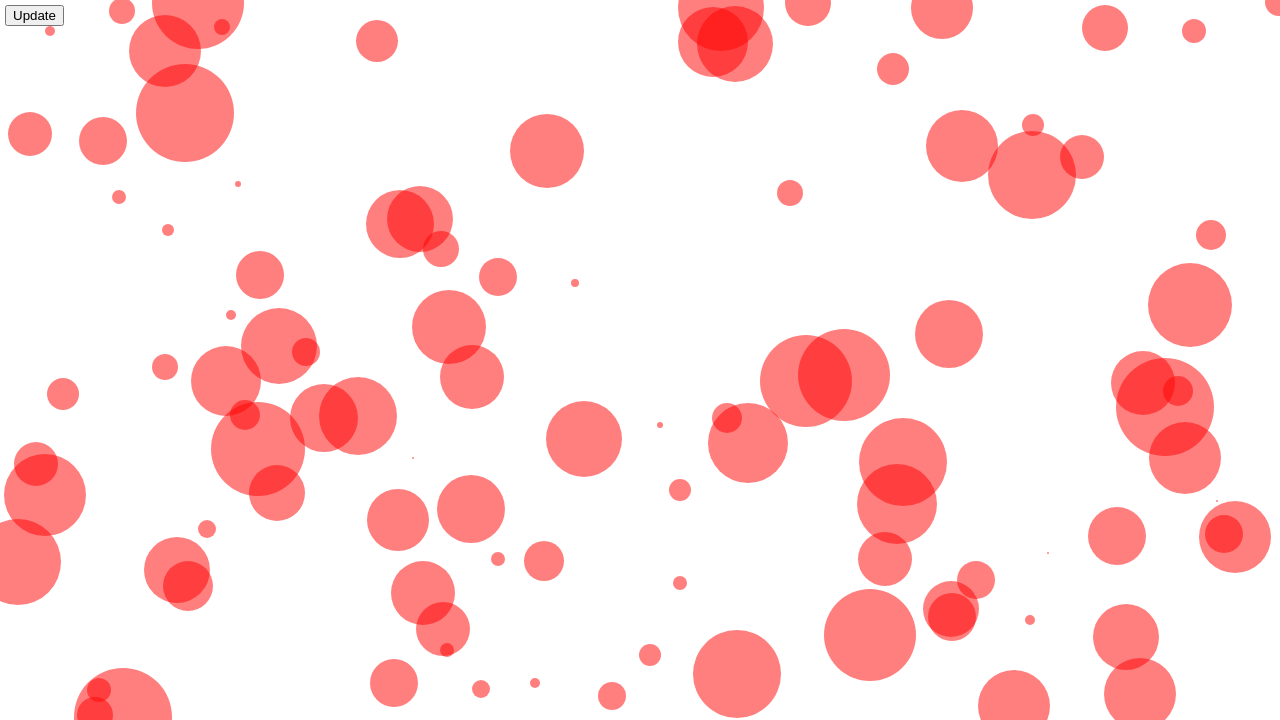
Repository: Spencertainty/practice-time
Page: function-scope/function-scope.html
The author's editor kept a copy of each file at every save. The page is drawn from the files as they stood at one save, then again after the next save.
The browser window is 1280 px wide. The pictures show the whole page.
After loading, the first visible `button` was clicked once.

Above is the page before, as saved 2024-03-13 18:44:06.

After the next save:
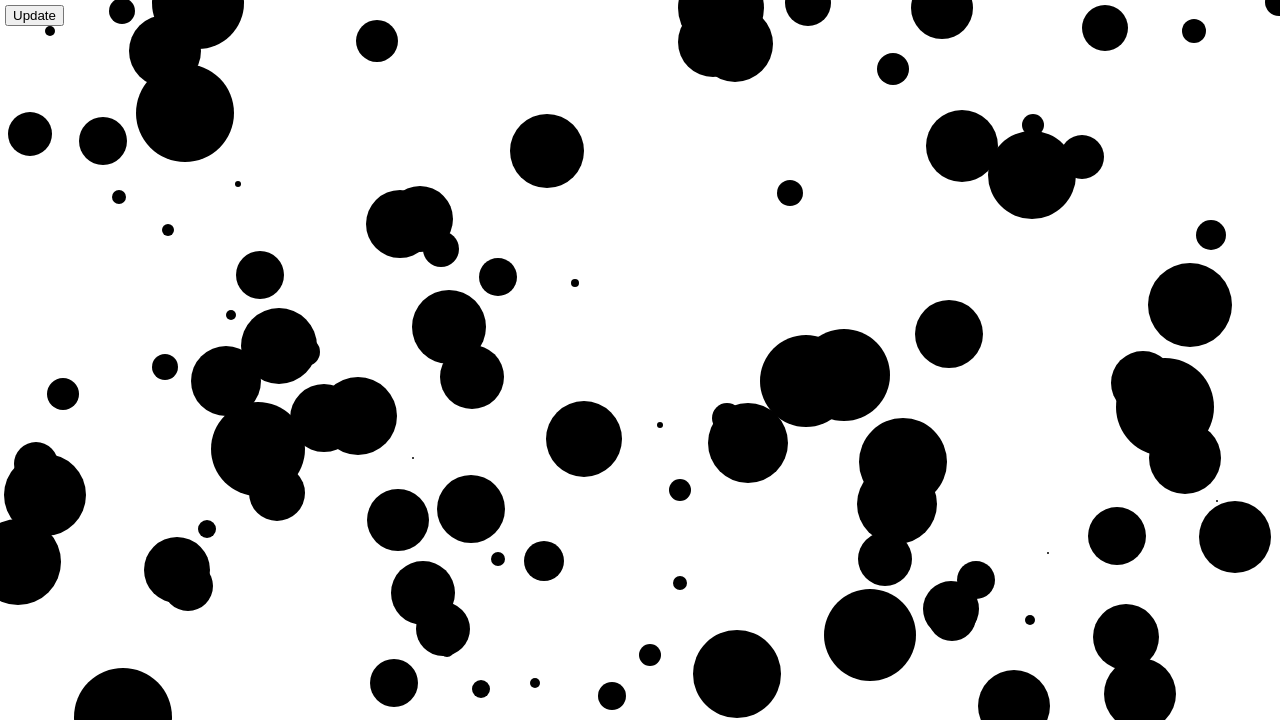
Saved 36 s later.
--- a/function-scope/function-scope.html
+++ b/function-scope/function-scope.html
@@ -51,7 +51,7 @@
       ctx.clearRect(0,0,WIDTH,HEIGHT);
       for(let i = 0; i < 100; i++) {
         ctx.beginPath();
-        ctx.fillStyle = 'rgba(255,0,0,0.5)';
+        ctx.fillStyle = 'rgba(blue)';
         ctx.arc(random(WIDTH), random(HEIGHT), random(50), 0, 2 * Math.PI);
         ctx.fill();
       }
